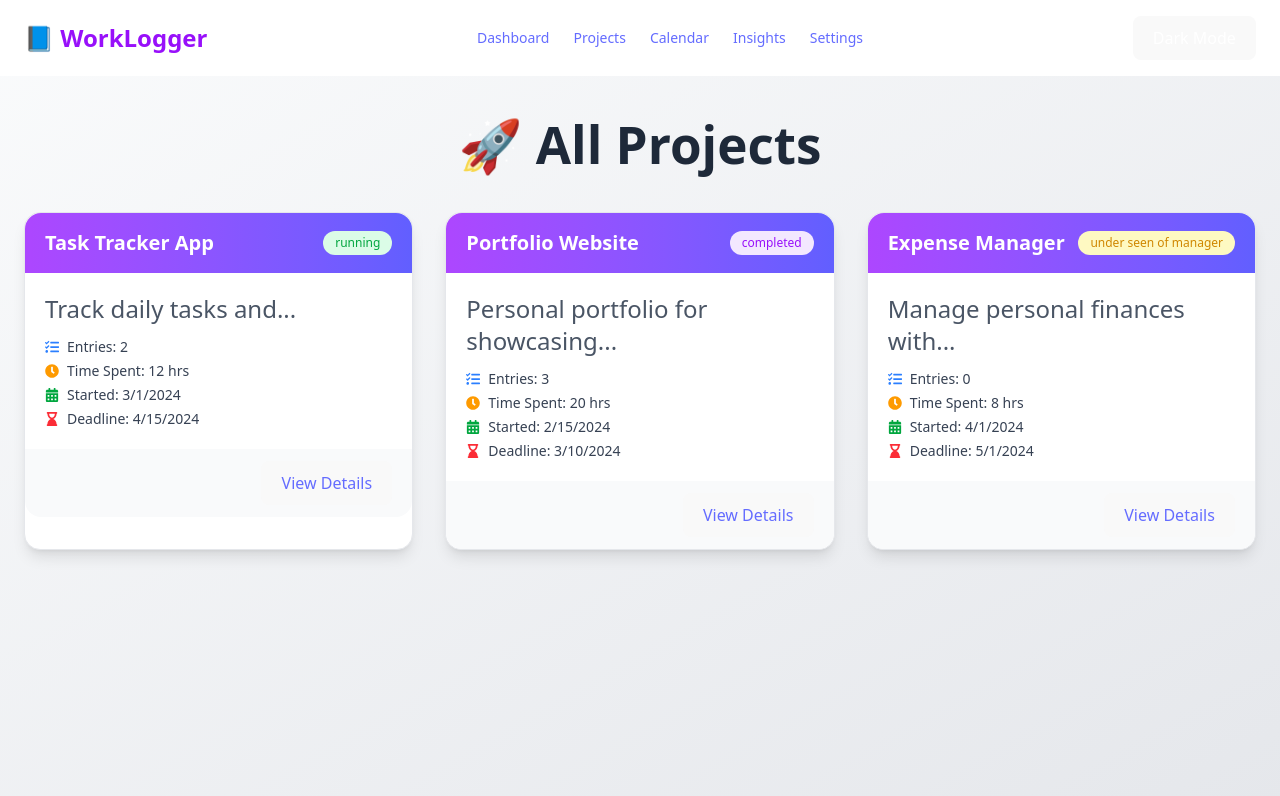
Repository: mohitagrawal0412/Workify
Page: /projects (app in client/)
These files come from the project's save history. The page is drawn as it stood at one moment and after the next save; the edit follows.
The browser window is 1280 px wide. The pictures show the whole page.
The project was rebuilt for these pictures with package versions that can differ from the ones it lists, and the page was loaded fresh each time. Also part of the build but not shown: client/vite.config.js, client/src/Components/Dashboard/Dashboard.jsx, client/src/Components/Dashboard/ProjectDetails.jsx, client/src/Components/Dashboard/EntryDetails.jsx, client/src/Components/Dashboard/SubEntryDetails.jsx.

Above is the page before, as saved 2025-04-15 12:47:15.

### client/src/App.jsx
import './App.css';
import { BrowserRouter as Router, Routes, Route } from 'react-router-dom';
import Navbar from './Components/Dashboard/Navbar.jsx'; // Import Navbar component
import Dashboard from './Components/Dashboard/Dashboard';
import AllProjects from './Components/Dashboard/AllProjects'; // Adjust path as needed
import ProjectDetails from './Components/Dashboard/ProjectDetails'; // Add this import for the project details page
import EntryDetails from './Components/Dashboard/EntryDetails'; // Add this import for the entry details page
import SubEntryDetails from './Components/Dashboard/SubEntryDetails';

function App() {
  return (
    <Router>
      {/* Navbar will be displayed across all pages */}
      <Navbar />

      <Routes>
        {/* Route for Dashboard */}
        <Route path="/" element={<Dashboard />} />

        {/* Route for All Projects */}
        <Route path="/projects" element={<AllProjects />} />

        {/* Route for Project Details, assuming we are passing projectId */}
        <Route path="/projectDetails" element={<ProjectDetails />} />

        {/* Route for Entry Details, assuming we are passing entryId */}
        <Route path="/entryDetails" element={<EntryDetails />} />

        {/* Route for SubEntryDetails */}
        <Route path="/SubEntryDetails" element={<SubEntryDetails />} />
      </Routes>
    </Router>
  );
}

export default App;

### client/src/Components/Dashboard/Navbar.jsx
import React, { useState, useEffect } from "react";
import { Link } from "react-router-dom";

const Navbar = () => {
  // State to track dark mode
  const [darkMode, setDarkMode] = useState(false);

  // Toggle dark mode
  const toggleDarkMode = () => {
    setDarkMode(!darkMode);
  };

  // Apply dark mode class to the body
  useEffect(() => {
    if (darkMode) {
      document.body.classList.add("dark");
    } else {
      document.body.classList.remove("dark");
    }
  }, [darkMode]);

  return (
    <nav className="bg-white dark:bg-gray-800 shadow px-6 py-4 flex flex-col sm:flex-row sm:items-center sm:justify-between gap-4">
      {/* Logo */}
      <div className="flex items-center space-x-2">
        <span className="text-purple-600 dark:text-purple-400 text-2xl font-bold">
          📘 WorkLogger
        </span>
      </div>

      {/* Navigation Links */}
      <div className="flex flex-wrap gap-4 sm:gap-6 text-gray-700 dark:text-gray-300 text-sm font-medium justify-center sm:justify-start">
        <Link to="/" className="hover:text-purple-600 dark:hover:text-purple-400">
          Dashboard
        </Link>
        <Link to="/projects" className="hover:text-purple-600 dark:hover:text-purple-400">
          Projects
        </Link>
        <Link to="/calendar" className="hover:text-purple-600 dark:hover:text-purple-400">
          Calendar
        </Link>
        <Link to="/insights" className="hover:text-purple-600 dark:hover:text-purple-400">
          Insights
        </Link>
        <Link to="/settings" className="hover:text-purple-600 dark:hover:text-purple-400">
          Settings
        </Link>
      </div>

      {/* Dark Mode Toggle */}
      <div className="flex justify-center sm:justify-end">
        <button
          onClick={toggleDarkMode}
          className="bg-purple-600 hover:bg-purple-700 text-white px-4 py-2 rounded-lg text-sm"
        >
          {darkMode ? "Light Mode" : "Dark Mode"}
        </button>
      </div>
    </nav>
  );
};

export default Navbar;

### client/src/Components/Dashboard/AllProjects.jsx
import React from "react";
import { FaClock, FaTasks, FaCalendarAlt, FaHourglassEnd } from "react-icons/fa";
import { Link, useNavigate } from "react-router-dom"; // Import useNavigate from react-router-dom

const dummyProjects = [
    {
        _id: "1",
        projectName: "Task Tracker App",
        description: "Track daily tasks and progress.",
        totalSpentTime: 12,
        status: "running",
        entries: [1, 2],
        createdAt: "2024-03-01T10:00:00Z",
        deadline: "2024-04-15T23:59:59Z",
    },
    {
        _id: "2",
        projectName: "Portfolio Website",
        description: "Personal portfolio for showcasing work hello hejb wiueghf uwgeuf jwbeiuf iwjeeg fiugw jwegiu .",
        totalSpentTime: 20,
        status: "completed",
        entries: [1, 2, 3],
        createdAt: "2024-02-15T08:30:00Z",
        deadline: "2024-03-10T23:59:59Z",
    },
    {
        _id: "3",
        projectName: "Expense Manager",
        description: "Manage personal finances with ease.",
        totalSpentTime: 8,
        status: "under seen of manager",
        entries: [],
        createdAt: "2024-04-01T14:45:00Z",
        deadline: "2024-05-01T23:59:59Z",
    },
];

const statusColors = {
    running: "bg-green-100 text-green-600",
    completed: "bg-purple-100 text-purple-600",
    "under seen of manager": "bg-yellow-100 text-yellow-600",
};

const AllProjects = () => {
    const navigate = useNavigate(); // Initialize useNavigate

    const handleViewDetails = (projectId) => {
        navigate(`/project/${projectId}`); // Navigate to project details page
    };

    return (
        <div className="min-h-screen bg-gradient-to-br from-gray-50 to-gray-200 py-10 px-6">
            <h1 className="text-4xl font-bold text-center text-gray-800 mb-10">🚀 All Projects</h1>

            <div className="grid grid-cols-1 sm:grid-cols-2 lg:grid-cols-3 gap-8">
                {dummyProjects.map((project) => (
                    <div
                        key={project._id}
                        className="bg-white rounded-2xl shadow-lg border border-gray-200 hover:shadow-xl transition-shadow duration-300"
                    >
                        {/* Card Header */}
                        <div className="bg-gradient-to-r from-purple-500 to-indigo-500 text-white rounded-t-2xl px-5 py-4 flex items-center justify-between">
                            <h2 className="text-xl font-bold">{project.projectName}</h2>
                            <span
                                className={`px-3 py-1 rounded-full text-xs font-medium ${statusColors[project.status]}`}
                            >
                                {project.status}
                            </span>
                        </div>

                        {/* Card Body */}
                        <div className="p-5 space-y-3">
                            <p className="text-gray-600 text-2xl">
                                {project.description.split(" ").slice(0, 4).join(" ")}
                                {project.description.split(" ").length > 4 ? "..." : ""}
                            </p>

                            <div className="text-sm text-gray-700 space-y-1">
                                <div className="flex items-center gap-2">
                                    <FaTasks className="text-blue-500" />
                                    <span>
                                        <span className="font-medium">Entries:</span> {project.entries.length}
                                    </span>
                                </div>

                                <div className="flex items-center gap-2">
                                    <FaClock className="text-amber-500" />
                                    <span>
                                        <span className="font-medium">Time Spent:</span> {project.totalSpentTime} hrs
                                    </span>
                                </div>

                                <div className="flex items-center gap-2">
                                    <FaCalendarAlt className="text-green-600" />
                                    <span>
                                        <span className="font-medium">Started:</span>{" "}
                                        {new Date(project.createdAt).toLocaleDateString()}
                                    </span>
                                </div>

                                <div className="flex items-center gap-2">
                                    <FaHourglassEnd className="text-red-500" />
                                    <span>
                                        <span className="font-medium">Deadline:</span>{" "}
                                        {new Date(project.deadline).toLocaleDateString()}
                                    </span>
                                </div>
                            </div>
                        </div>

                        {/* Footer */}
                        <div className="bg-gray-50 px-5 py-3 rounded-b-2xl text-right">
                            {/* View Details Button */}
                            {/* <button
                                onClick={() => handleViewDetails(project._id)} // Handle click with navigation
                                className="text-sm text-indigo-600 hover:underline font-medium"
                            >
                                View Details →
                            </button> */}
                            <button className="text-sm text-indigo-600 hover:underline font-medium"> <Link to="/projectDetails" className="hover:text-purple-600">View Details</Link></button>
                        </div>
                    </div>
                ))}
            </div>
        </div>
    );
};

export default AllProjects;

Loaded but not shown: client/index.html (common file); client/src/main.jsx (common file); client/src/index.css (common file); client/src/App.css (common file)

After the next save:
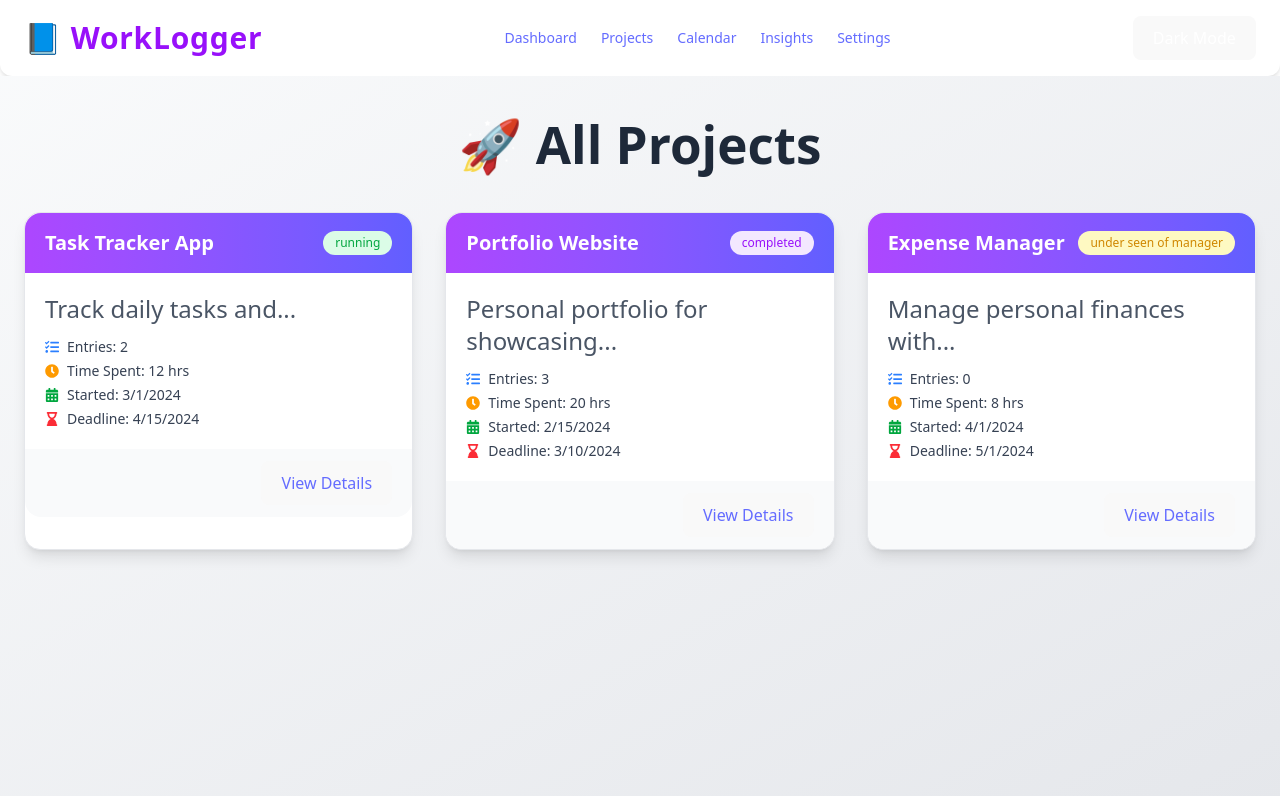
Saved 2 min 48 s later.
--- a/client/src/Components/Dashboard/Navbar.jsx
+++ b/client/src/Components/Dashboard/Navbar.jsx
@@ -20,38 +20,53 @@ const Navbar = () => {
   }, [darkMode]);
 
   return (
-    <nav className="bg-white dark:bg-gray-800 shadow px-6 py-4 flex flex-col sm:flex-row sm:items-center sm:justify-between gap-4">
+    <nav className="bg-white dark:bg-gray-900 shadow-md px-6 py-4 flex flex-col sm:flex-row sm:items-center sm:justify-between gap-4 rounded-b-xl">
       {/* Logo */}
       <div className="flex items-center space-x-2">
-        <span className="text-purple-600 dark:text-purple-400 text-2xl font-bold">
+        <span className="text-purple-600 dark:text-purple-400 text-3xl font-extrabold tracking-wide transform hover:scale-105 transition-transform">
           📘 WorkLogger
         </span>
       </div>
 
       {/* Navigation Links */}
-      <div className="flex flex-wrap gap-4 sm:gap-6 text-gray-700 dark:text-gray-300 text-sm font-medium justify-center sm:justify-start">
-        <Link to="/" className="hover:text-purple-600 dark:hover:text-purple-400">
+      <div className="flex flex-wrap gap-6 text-gray-700 dark:text-gray-300 text-sm font-medium justify-center sm:justify-start">
+        <Link
+          to="/"
+          className="hover:text-purple-600 dark:hover:text-purple-400 transition-colors duration-300"
+        >
           Dashboard
         </Link>
-        <Link to="/projects" className="hover:text-purple-600 dark:hover:text-purple-400">
+        <Link
+          to="/projects"
+          className="hover:text-purple-600 dark:hover:text-purple-400 transition-colors duration-300"
+        >
           Projects
         </Link>
-        <Link to="/calendar" className="hover:text-purple-600 dark:hover:text-purple-400">
+        <Link
+          to="/calendar"
+          className="hover:text-purple-600 dark:hover:text-purple-400 transition-colors duration-300"
+        >
           Calendar
         </Link>
-        <Link to="/insights" className="hover:text-purple-600 dark:hover:text-purple-400">
+        <Link
+          to="/insights"
+          className="hover:text-purple-600 dark:hover:text-purple-400 transition-colors duration-300"
+        >
           Insights
         </Link>
-        <Link to="/settings" className="hover:text-purple-600 dark:hover:text-purple-400">
+        <Link
+          to="/settings"
+          className="hover:text-purple-600 dark:hover:text-purple-400 transition-colors duration-300"
+        >
           Settings
         </Link>
       </div>
 
       {/* Dark Mode Toggle */}
-      <div className="flex justify-center sm:justify-end">
+      <div className="flex justify-center sm:justify-end mt-4 sm:mt-0">
         <button
           onClick={toggleDarkMode}
-          className="bg-purple-600 hover:bg-purple-700 text-white px-4 py-2 rounded-lg text-sm"
+          className="bg-purple-600 hover:bg-purple-700 text-white px-6 py-2 rounded-lg text-sm font-medium focus:outline-none transform hover:scale-105 transition-all duration-200"
         >
           {darkMode ? "Light Mode" : "Dark Mode"}
         </button>
